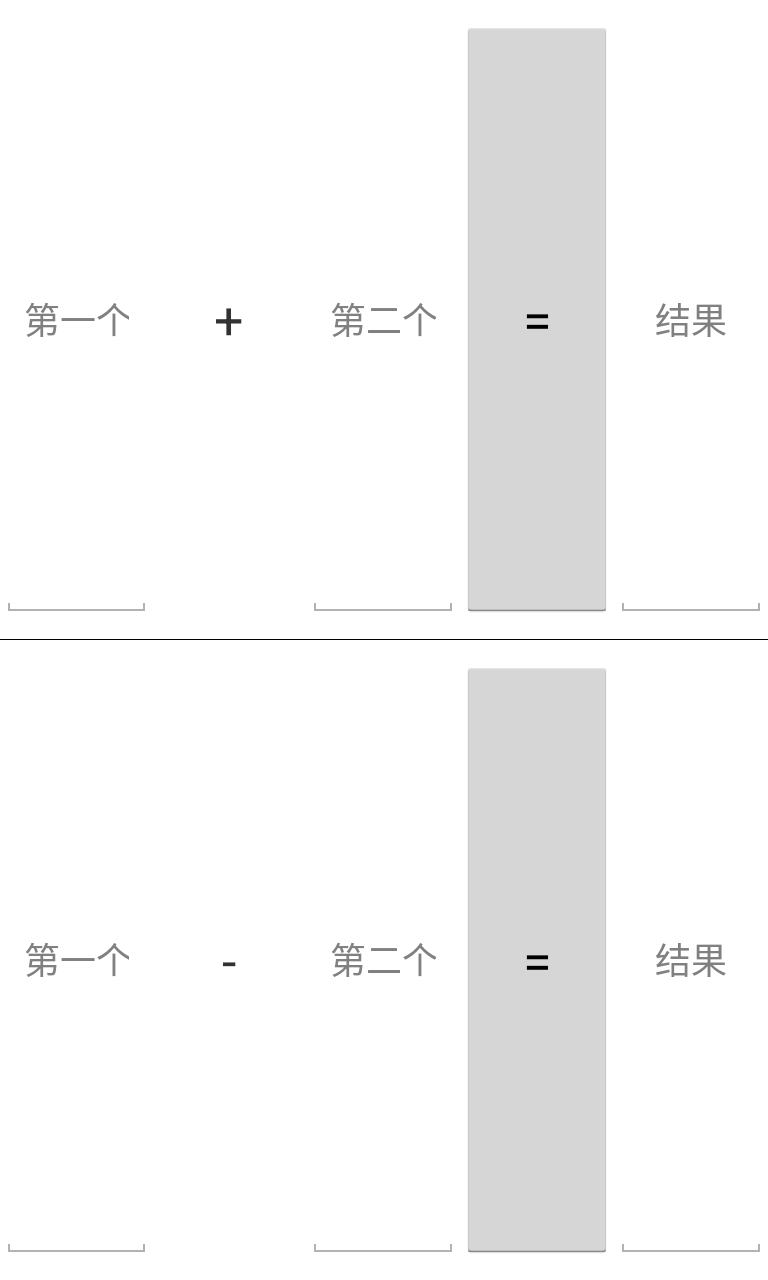
Repository: ouyangshengduo/Android_NDK_First
Layout: Android_NDK_Demo001/res/layout/activity_main.xml
The author's editor kept a copy of each file at every save. The layout is drawn from the files as they stood at one save, then again after the next save.
It is drawn on a 768 x 1280 px phone screen (xhdpi) without system bars, with theme AppTheme; the app's code is not run.

Above is the layout before, as saved 2016-06-10 04:50:36.

### Android_NDK_Demo001/res/layout/activity_main.xml
<LinearLayout xmlns:android="http://schemas.android.com/apk/res/android"
    xmlns:tools="http://schemas.android.com/tools"
    android:layout_width="fill_parent"
    android:layout_height="fill_parent"
    android:orientation="vertical">

    <LinearLayout
        android:layout_height="0dp"
        android:layout_width="fill_parent"
        android:layout_weight="1"
        android:orientation="horizontal"
        android:layout_marginTop="10dp"
        android:layout_marginBottom="10dp">

        <EditText
            android:id="@+id/etAdd_A"
            android:layout_width="0dp"
            android:layout_height="fill_parent"
            android:layout_weight="1"
            android:inputType="number"
            android:numeric="integer"
            android:hint="第一个整数"
            android:gravity="center"
            />
        <TextView
            android:layout_height="fill_parent"
            android:layout_width="0dp"
            android:layout_weight="1"
            android:layout_gravity="center"
            android:gravity="center"
            android:text="+"
            android:textSize="26sp"/>

        <EditText
            android:id="@+id/etAdd_B"
            android:layout_width="0dp"
            android:layout_height="fill_parent"
            android:layout_weight="1"
            android:inputType="number"
            android:numeric="integer"
            android:hint="第二个整数"
            android:gravity="center"
            />
        <Button
            android:id="@+id/btn_Add"
            android:layout_height="fill_parent"
            android:layout_width="0dp"
            android:layout_weight="1"
            android:gravity="center"
            android:text="="
            android:textSize="26sp"/>

        <EditText
            android:id="@+id/etAddResult"
            android:layout_width="0dp"
            android:layout_height="fill_parent"
            android:layout_weight="1"
            android:hint="结果"
            android:gravity="center"
            />
    </LinearLayout>

    <View
        android:layout_width="match_parent"
        android:layout_height="0.5dp"
        android:background="@android:color/black" />
    <LinearLayout
        android:layout_height="0dp"
        android:layout_width="fill_parent"
        android:layout_marginTop="10dp"
        android:layout_marginBottom="10dp"
        android:layout_weight="1"
        android:orientation="horizontal">

        <EditText
            android:id="@+id/etSub_A"
            android:layout_width="0dp"
            android:layout_height="fill_parent"
            android:layout_weight="1"
            android:inputType="number"
            android:numeric="integer"
            android:hint="第一个整数"
            android:gravity="center"
            />
        <TextView
            android:layout_height="fill_parent"
            android:layout_width="0dp"
            android:layout_weight="1"
            android:layout_gravity="center"
            android:gravity="center"
            android:text="-"
            android:textSize="26sp"/>


        <EditText
            android:id="@+id/etSub_B"
            android:layout_width="0dp"
            android:layout_height="fill_parent"
            android:layout_weight="1"
            android:inputType="number"
            android:numeric="integer"
            android:hint="第二个整数"
            android:gravity="center"
            />
        <Button
            android:id="@+id/btn_Sub"
            android:layout_height="fill_parent"
            android:layout_width="0dp"
            android:layout_weight="1"
            android:gravity="center"
            android:text="="
            android:textSize="26sp"/>

        <EditText
            android:id="@+id/etSubResult"
            android:layout_width="0dp"
            android:layout_height="fill_parent"
            android:layout_weight="1"
            android:hint="结果"
            android:gravity="center"
            />
    </LinearLayout>

</LinearLayout>

Loaded but not shown: Android_NDK_Demo001/res/values/styles.xml (common file); Android_NDK_Demo001/res/values-v11/styles.xml (common file); Android_NDK_Demo001/res/values-v14/styles.xml (common file)

After the next save:
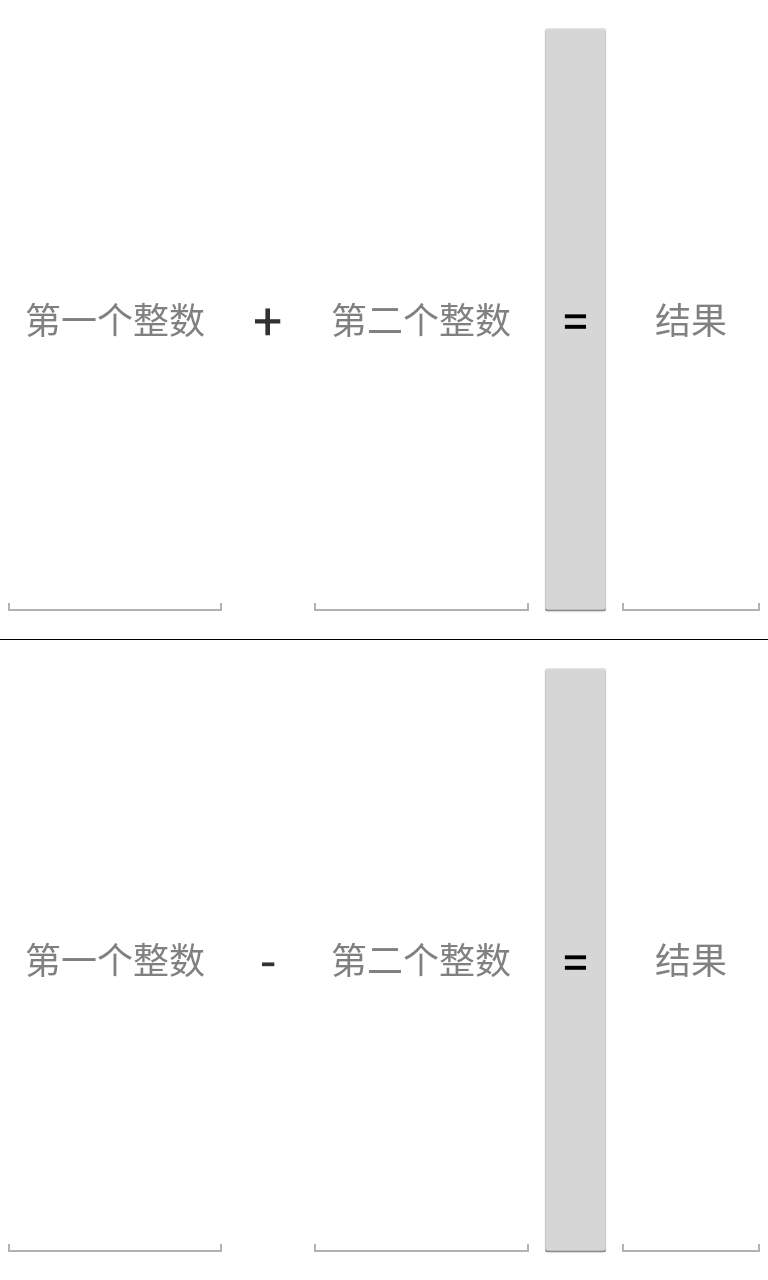
Saved 115 s later.
--- a/Android_NDK_Demo001/res/layout/activity_main.xml
+++ b/Android_NDK_Demo001/res/layout/activity_main.xml
@@ -16,7 +16,7 @@
             android:id="@+id/etAdd_A"
             android:layout_width="0dp"
             android:layout_height="fill_parent"
-            android:layout_weight="1"
+            android:layout_weight="3"
             android:inputType="number"
             android:numeric="integer"
             android:hint="第一个整数"
@@ -35,7 +35,7 @@
             android:id="@+id/etAdd_B"
             android:layout_width="0dp"
             android:layout_height="fill_parent"
-            android:layout_weight="1"
+            android:layout_weight="3"
             android:inputType="number"
             android:numeric="integer"
             android:hint="第二个整数"
@@ -54,7 +54,7 @@
             android:id="@+id/etAddResult"
             android:layout_width="0dp"
             android:layout_height="fill_parent"
-            android:layout_weight="1"
+            android:layout_weight="2"
             android:hint="结果"
             android:gravity="center"
             />
@@ -76,7 +76,7 @@
             android:id="@+id/etSub_A"
             android:layout_width="0dp"
             android:layout_height="fill_parent"
-            android:layout_weight="1"
+            android:layout_weight="3"
             android:inputType="number"
             android:numeric="integer"
             android:hint="第一个整数"
@@ -96,7 +96,7 @@
             android:id="@+id/etSub_B"
             android:layout_width="0dp"
             android:layout_height="fill_parent"
-            android:layout_weight="1"
+            android:layout_weight="3"
             android:inputType="number"
             android:numeric="integer"
             android:hint="第二个整数"
@@ -115,7 +115,7 @@
             android:id="@+id/etSubResult"
             android:layout_width="0dp"
             android:layout_height="fill_parent"
-            android:layout_weight="1"
+            android:layout_weight="2"
             android:hint="结果"
             android:gravity="center"
             />
